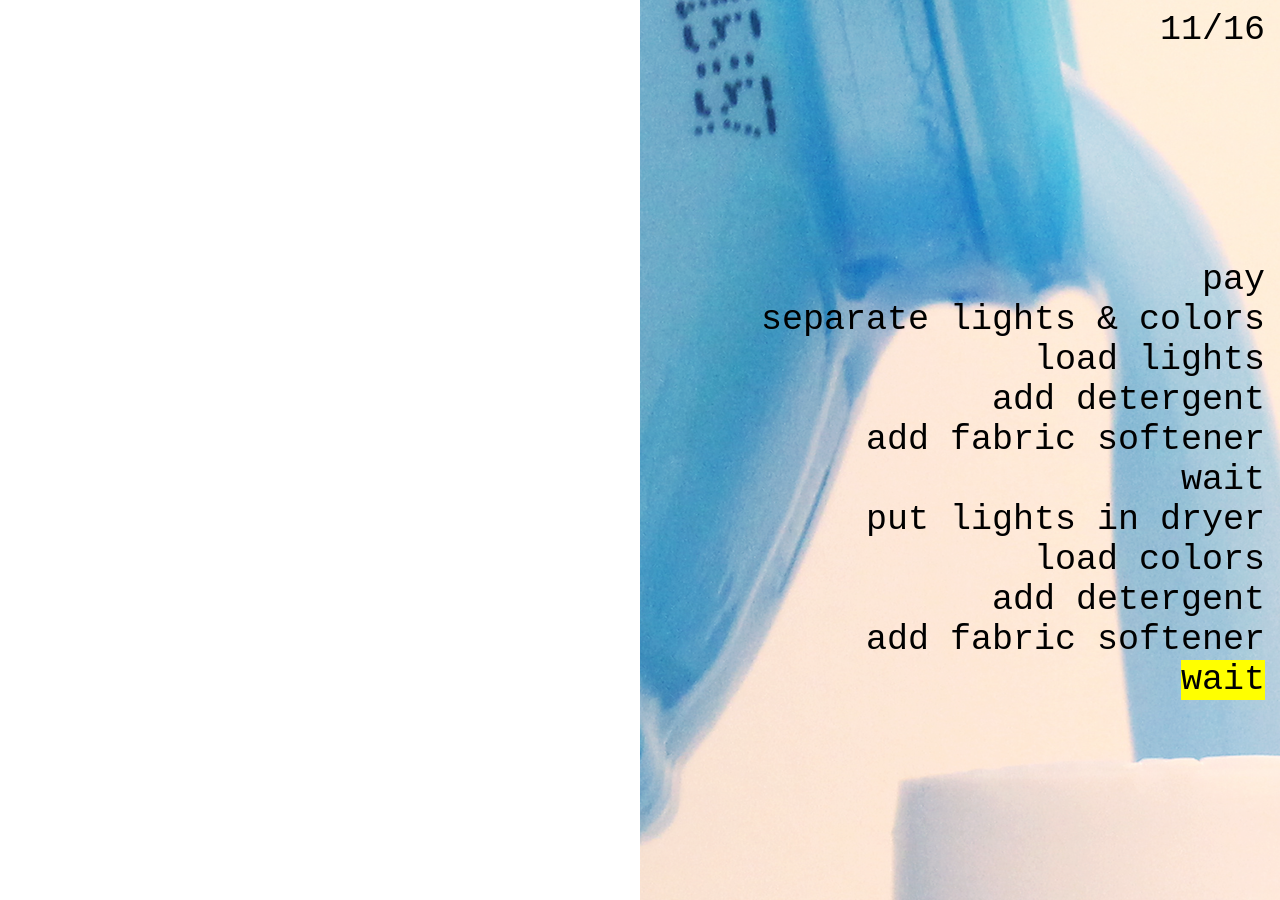
Repository: ortik455/ortik455.github.io
Page: studio/laundrysite/eleven.html
The author's editor kept a record of every edit. The page is drawn from the files as they stood at one moment, then again after the next edit.
The browser window is 1280 px wide. The pictures show the whole page.

Above is the page before.

After the next edit:
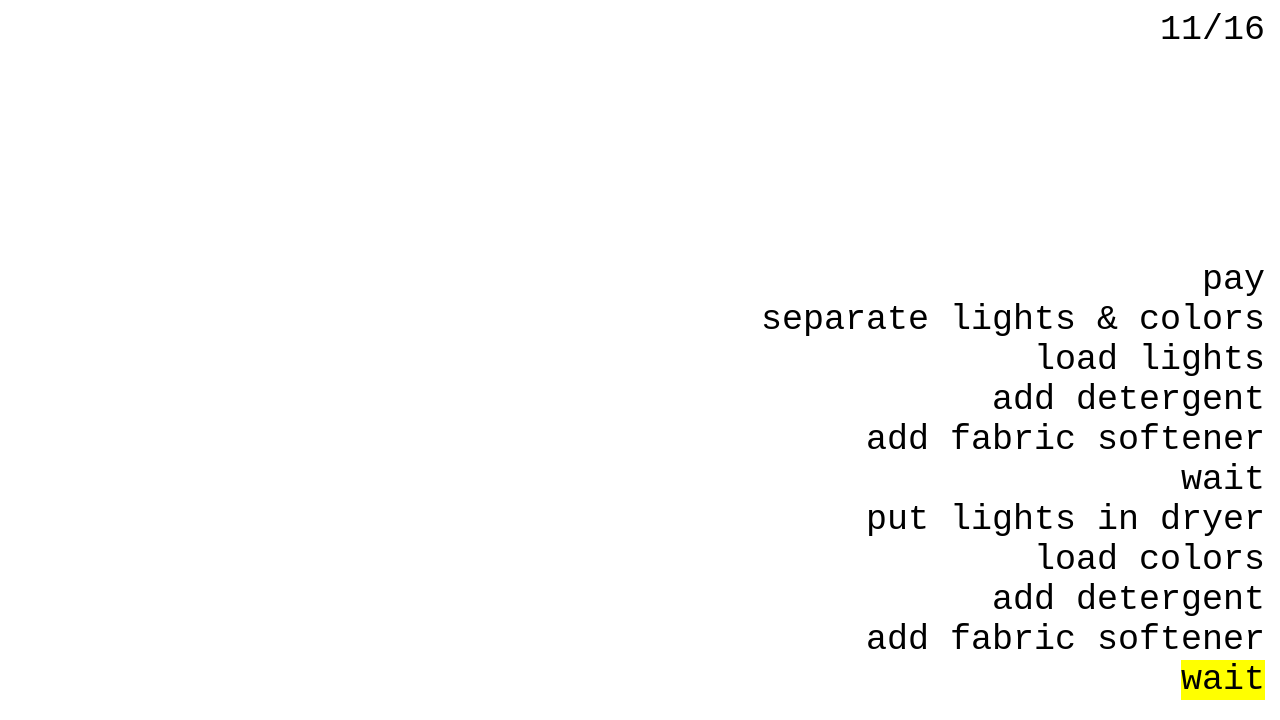
The edit:
--- a/studio/laundrysite/eleven.html
+++ b/studio/laundrysite/eleven.html
@@ -39,8 +39,5 @@
 		</div>
 	  </div>
 
-	  <div class="photos">
-	  	<a href="twelve.html"><img src="photos/softener2.png"  alt=""></a>
-	  </div>
 	</body>
 </html>
